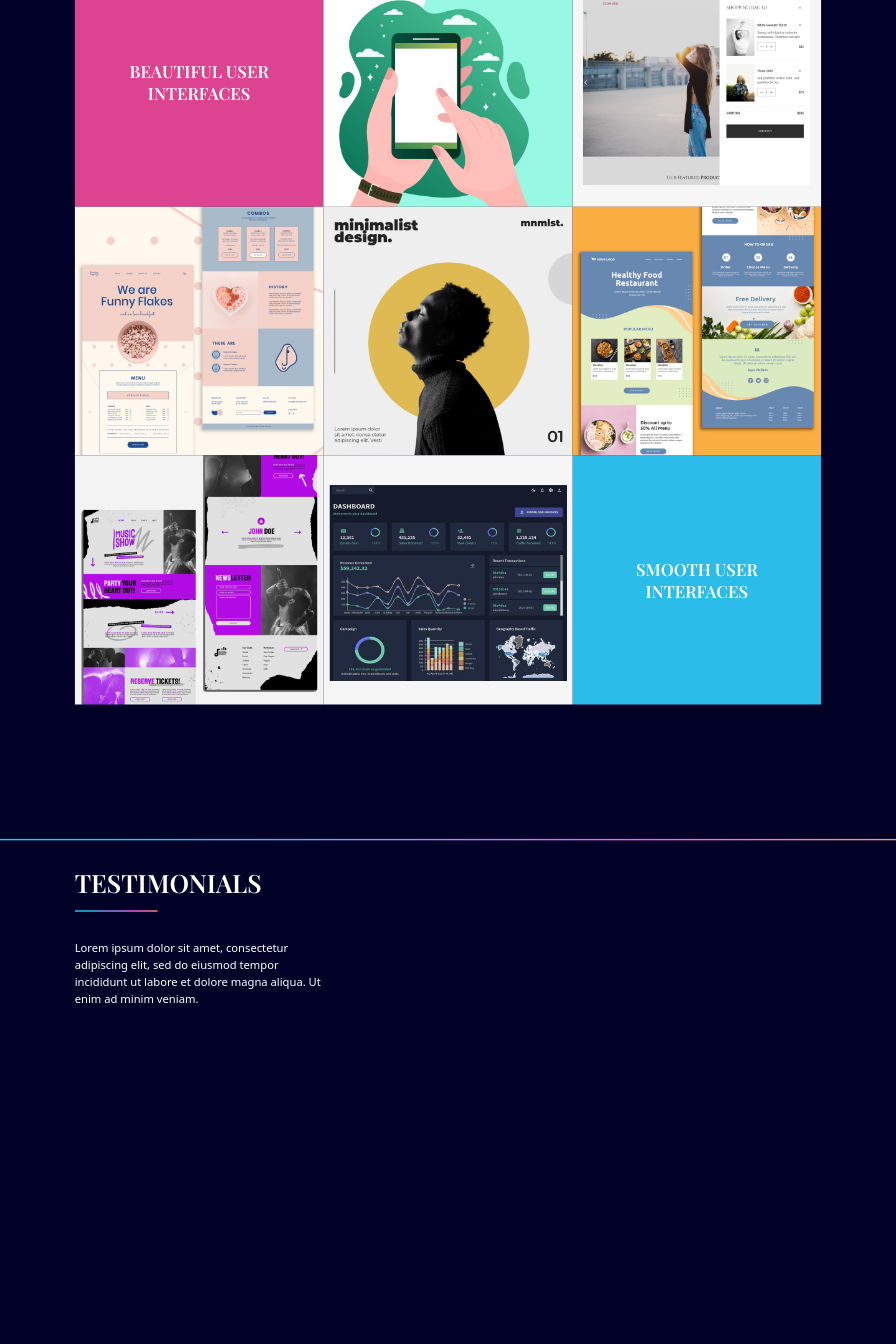
Repository: thibaultNicolas/portfolio-react
Page: /
An editor plug-in stored every save of this project. The page is shown before and after a run of saves, followed by the edit.
The browser window is 1280 px wide. The pictures show the part of the page from y = 2039 to 3959 px (the page is 3959 px tall), at 70% of full size.
The project was rebuilt for these pictures with package versions that can differ from the ones it lists, and the page was loaded fresh each time. Also part of the build but not shown: next.config.ts.

Above is the page before, as saved 2023-01-08 11:58:23.

### public/index.html
<!DOCTYPE html>
<html lang="en">

<head>
  <meta charset="utf-8" />
  <link rel="icon" href="%PUBLIC_URL%/favicon.ico" />
  <meta name="viewport" content="width=device-width, initial-scale=1" />
  <meta name="theme-color" content="#000000" />
  <meta name="description" content="Web site created using create-react-app" />
  <link rel="apple-touch-icon" href="%PUBLIC_URL%/logo192.png" />
  <!--
      manifest.json provides metadata used when your web app is installed on a
      user's mobile device or desktop. See https://developers.google.com/web/fundamentals/web-app-manifest/
    -->
  <link rel="manifest" href="%PUBLIC_URL%/manifest.json" />
  <!--
      Notice the use of %PUBLIC_URL% in the tags above.
      It will be replaced with the URL of the `public` folder during the build.
      Only files inside the `public` folder can be referenced from the HTML.

      Unlike "/favicon.ico" or "favicon.ico", "%PUBLIC_URL%/favicon.ico" will
      work correctly both with client-side routing and a non-root public URL.
      Learn how to configure a non-root public URL by running `npm run build`.
    -->
  <title>React App</title>
  <link href="/public/output.css" rel="stylesheet">
</head>

<body>
  <noscript>You need to enable JavaScript to run this app.</noscript>
  <div id="root"></div>
  <!--
      This HTML file is a template.
      If you open it directly in the browser, you will see an empty page.

      You can add webfonts, meta tags, or analytics to this file.
      The build step will place the bundled scripts into the <body> tag.

      To begin the development, run `npm start` or `yarn start`.
      To create a production bundle, use `npm run build` or `yarn build`.
    -->
</body>

</html>

### src/index.css
@import url('https://fonts.googleapis.com/css2?family=Open+Sans:wght@400;600&family=Playfair+Display:wght@400;600&display=swap');

@tailwind base;
@tailwind components;
@tailwind utilities;

html,
body,
#root,
.app{
    height: 100%;
    background-color: #010026;
    @apply text-white;
}

### src/scenes/Navbar.jsx
import { useState } from 'react';
import AnchorLink from 'react-anchor-link-smooth-scroll';
import useMediaQuery from '../hooks/useMediaQuery';

const Link = ({ page, selectedPage, setSelectedPage }) => {
    const lowerCasePage = page.toLowerCase();
    return (
        <AnchorLink
            className={`${selectedPage === lowerCasePage ? 'text-yellow' : ''}
            hover:text-yellow transition duration-500`}
            href={`#${lowerCasePage}`}
            onClick={() => setSelectedPage(lowerCasePage)}
        >
            {page}
        </AnchorLink>
    );
};

const Navbar = ({ isTopOfPage, selectedPage, setSelectedPage }) => {
    const [isMenuToggled, setIsMenuToggled] = useState(false);
    const isAboveSmallScreens = useMediaQuery('(min-width:768px)');
    const navbarBackground = isTopOfPage ? "" : "bg-red";

    return (
        <nav className={`${navbarBackground} z-40 w-full fixed top-0 py-6`}>
            <div className="flex items-center justify-between mx-auto w-5/6">
                <h4 className="font-playfair text-3xl font-bold">NT</h4>

                {/* DESKTOP NAV */}
                {isAboveSmallScreens ? (
                    <div className="flex justify-between gap-16 font-openSans txt-sm font-semibold">
                        <Link
                            page="Home"
                            selectedPage={selectedPage}
                            setSelectedPage={setSelectedPage}
                        />
                        <Link
                            page="Skills"
                            selectedPage={selectedPage}
                            setSelectedPage={setSelectedPage}
                        />
                        <Link
                            page="Projects"
                            selectedPage={selectedPage}
                            setSelectedPage={setSelectedPage}
                        />
                        <Link
                            page="Testimonials"
                            selectedPage={selectedPage}
                            setSelectedPage={setSelectedPage}
                        />
                        <Link
                            page="Contact"
                            selectedPage={selectedPage}
                            setSelectedPage={setSelectedPage}
                        />
                    </div>
                ) : (
                    <button
                        className="rounded-full bg-red p-2"
                        onClick={() => setIsMenuToggled(!isMenuToggled)}
                    >
                        <img src="../assets/menu-icon.svg" alt="menu-icon" />
                    </button>
                )}

                {/* MOBILE MENU POPUP */}
                {!isAboveSmallScreens && isMenuToggled && (
                    <div className="fixed right-0 bottom-0 h-full bg-blue w-[300px]">
                        {/* CLOSE ICON */}
                        <div className="flex justify-end p-12">
                            <button
                                onClick={() => setIsMenuToggled(!isMenuToggled)}
                            >
                                <img
                                    src="../assets/close-icon.svg"
                                    alt="close-icon"
                                />
                            </button>
                        </div>
                        {/* MENU ITEMS */}
                        <div className="flex flex-col gap-10 ml-[33%] text-2xl text-deep-blue">
                            <Link
                                page="Home"
                                selectedPage={selectedPage}
                                setSelectedPage={setSelectedPage}
                            />
                            <Link
                                page="Skills"
                                selectedPage={selectedPage}
                                setSelectedPage={setSelectedPage}
                            />
                            <Link
                                page="Projects"
                                selectedPage={selectedPage}
                                setSelectedPage={setSelectedPage}
                            />
                            <Link
                                page="Testimonials"
                                selectedPage={selectedPage}
                                setSelectedPage={setSelectedPage}
                            />
                            <Link
                                page="Contact"
                                selectedPage={selectedPage}
                                setSelectedPage={setSelectedPage}
                            />
                        </div>
                    </div>
                )}
            </div>
        </nav>
    );
};

export default Navbar;

### src/scenes/DotGroup.jsx
import AnchorLink from 'react-anchor-link-smooth-scroll';
const DotGroup = ({ selectedPage, setSelectedPage }) => {
    const selectedStyles = `relative bg-yellow before:absolute before:w-6 before:h-6
    before:rounded-full before:border-2 before:border-yellow before:left-[-50%]
    before:top-[-50%]`;
    return (
        <div className="flex flex-col gap-6 fixed top-[60%] right-7">
            <AnchorLink
                className={`${selectedPage === 'home' ? selectedStyles : 'bg-dark-grey'}
            w-3 h-3 rounded-full`}
                href="#home"
                onClick={() => setSelectedPage('home')}
            />
            <AnchorLink
                className={`${selectedPage === 'skills' ? selectedStyles : 'bg-dark-grey'}
            w-3 h-3 rounded-full`}
                href="#skills"
                onClick={() => setSelectedPage('skills')}
            />
            <AnchorLink
                className={`${selectedPage === 'projects' ? selectedStyles : 'bg-dark-grey'}
            w-3 h-3 rounded-full`}
                href="#projects"
                onClick={() => setSelectedPage('projects')}
            />
            <AnchorLink
                className={`${selectedPage === 'testimonials' ? selectedStyles : 'bg-dark-grey'}
            w-3 h-3 rounded-full`}
                href="#testimonials"
                onClick={() => setSelectedPage('testimonials')}
            />
            <AnchorLink
                className={`${selectedPage === 'contact' ? selectedStyles : 'bg-dark-grey'}
            w-3 h-3 rounded-full`}
                href="#contact"
                onClick={() => setSelectedPage('contact')}
            />
        </div>
    );
};
export default DotGroup;

### src/scenes/Landing.jsx
import SocialMediaIcons from '../components/SocialMediaIcons';
import useMediaQuery from '../hooks/useMediaQuery';
import { motion } from 'framer-motion';
import AnchorLink from 'react-anchor-link-smooth-scroll';

const Landing = ({ setSelectedPage }) => {
    const isAboveMediumScreens = useMediaQuery('(min-width:1060px)');

    return (
        <section
            id="home"
            className="md:flex md:justify-between md:items-center md:h-full gap-16 py-10"
        >
            {/* IMAGE SECTION */}
            <div className="md:order-2 flex justify-center basis-3/5 z-10 mt-16 md:mt-32">
                {isAboveMediumScreens ? (
                    <div className="relative z-0 ml-20 before:absolute before:-top-20 before:-left-20 before:rounded-t-[400px] before:w-full before:max-w-[400px] before:h-full before:border-2 before:border-blue before:z-[-1]">
                        <img
                            src="assets/profile-image.png"
                            alt="profile"
                            className="hover:filter hover:saturate-200 transition duration-500 z-10 w-full max-w-[400px] md:max-w-[600px]"
                        />
                    </div>
                ) : (
                    <img
                        src="assets/profile-image.png"
                        alt="profile"
                        className="hover:filter hover:saturate-200 transition duration-500 z-10 w-full max-w-[400px] md:max-w-[600px]"
                    />
                )}
            </div>

            {/* MAIN SECTION */}
            <div className="z-30 basis-2/5 mt-12 md:mt-32">
                {/* HEADING SECTION */}
                <motion.div
                    initial="hidden"
                    whileInView="visible"
                    viewport={{ once: true, amount: 0.5 }}
                    transition={{ duration: 0.5 }}
                    variants={{
                        hidden: { opacity: 0, x: -50 },
                        visible: { opacity: 1, x: 0 },
                    }}
                >
                    <p className="text-6xl font-playfair z-10 text-center md:text-start">
                        Nicolas {''}
                        <span
                            className="xs:relative xs:text-deep-blue xs:font-semibold z-20
                        xs:before:content-brush before:absolute before:-left-[25px] before:-top-[70px] before:z-[-1]
                        "
                        >
                            Thibault
                        </span>
                    </p>
                    <p className="mt-10 mb-7 text-sm text-center md:text-start">
                        Lorem ipsum dolor sit amet, consectetur adipiscing elit,
                        sed do eiusmod tempor incididunt ut labore et dolore
                        magna aliqua. Ut enim ad minim veniam.
                    </p>
                </motion.div>

                {/* CALL TO ACTION */}
                <motion.div
                    className="flex mt-5 justify-center md:justify-start"
                    initial="hidden"
                    whileInView="visible"
                    viewport={{ once: true, amount: 0.5 }}
                    transition={{ delay: 0.2, duration: 0.5 }}
                    variants={{
                        hidden: { opacity: 0, x: -50 },
                        visible: { opacity: 1, x: 0 },
                    }}
                >
                    <AnchorLink
                        className="bg-gradient-rainblue txt-deep-blue rounded-sm py-3 px-7 font-semibold hover:bg-blue hover:text-white transition duration-500"
                        onClick={() => setSelectedPage('contact')}
                        href="#contact"
                    >
                        Contact Me
                    </AnchorLink>

                    <AnchorLink
                        className="rounded-r-sm bg-gradient-rainblue py-0.5 pr-0.5"
                        onClick={() => setSelectedPage('contact')}
                        href="#contact"
                    >
                        <div className="bg-deep-blue hover:text-red transition duration-500 w-full h-full flex items-center justify-center font-playfair px-10">
                            Let's talk.
                        </div>
                    </AnchorLink>
                </motion.div>

                <motion.div
                    className="flex mt-5 justify-center md:justify-start"
                    initial="hidden"
                    whileInView="visible"
                    viewport={{ once: true, amount: 0.5 }}
                    transition={{ delay: 0.4, duration: 0.5 }}
                    variants={{
                        hidden: { opacity: 0, x: -50 },
                        visible: { opacity: 1, x: 0 },
                    }}
                >
                    <SocialMediaIcons />
                </motion.div>
            </div>
        </section>
    );
};
export default Landing;

### src/scenes/Projects.jsx
import LineGradient from '../components/LineGradient';
import useMediaQuery from '../hooks/useMediaQuery';
import { motion } from 'framer-motion';

const container = {
    hidden: {},
    visible: {
        transition: { staggerChildren: 0.2 },
    },
};

const projectVariant = {
    hidden: { opacity: 0, scale: 0.8 },
    visible: { opacity: 1, scale: 1 },
};

const Project = ({ title }) => {
    const projectTitle = title.split(' ').join('-').toLowerCase();
    const overlayStyles = `absolute h-full w-full opacity-0 hover:opacity-90 transition duration-500 bg-grey z-30 flex flex-col justify-center items-center text-center p-16 text-deep-blue`;

    return (
        <motion.div variants={projectVariant} className="relative">
            <div className={overlayStyles}>
                <p className="text-2xl font-playfair">{title}</p>
                <p className="mt-7">
                    Lorem ipsum dolor sit amet, consectetur adipiscing elit, sed
                    do eiusmod tempor incididunt ut labore et dolore magna
                    aliqua. Ut enim ad minim veniam.
                </p>
            </div>
            <img src={`../assets/${projectTitle}.jpeg`} alt={projectTitle} />
        </motion.div>
    );
};

const Projects = () => {
    const isAboveMediumScreens = useMediaQuery('(min-width:1060px)');

    return (
        <section id="projects" className="pt-48 pb-48">
            {/* HEADINGS */}
            <div className="md:flex md:justify-between md:gap-16 mt-32">
                <motion.div
                    className="md:w-2/5 mx-auto text-center"
                    initial="hidden"
                    whileInView="visible"
                    viewport={{ once: true, amount: 0.5 }}
                    transition={{ duration: 0.5 }}
                    variants={{
                        hidden: { opacity: 0, x: -50 },
                        visible: { opacity: 1, x: 0 },
                    }}
                >
                    <div>
                        <p className="font-playfair font-semibold text-4xl">
                            MY <span className="text-red">PRO</span>JECTS
                        </p>
                        <div className="flex justify-center mt-5">
                            <LineGradient width="w-1/3" />
                        </div>
                    </div>

                    <p className="mt-10 mb-10">
                        Lorem ipsum dolor sit amet, consectetur adipiscing elit,
                        sed do eiusmod tempor incididunt ut labore et dolore
                        magna aliqua. Ut enim ad minim veniam.
                    </p>
                </motion.div>
            </div>
            {/* PROJECTS */}
            <div className="flex justify-center">
                <motion.div
                    className="sm:grid sm:grid-cols-2 md:grid-cols-3"
                    initial="hidden"
                    whileInView="visible"
                    viewport={{ once: true, amount: 0.5 }}
                    variants={container}
                >
                    {/* ROW 1 */}
                    <div className="flex justify-center text-center items-center p-10 bg-red max-w-[400px] max-h-[400px] text-2xl font-playfair font-semibold">
                        BEAUTIFUL USER INTERFACES
                    </div>

                    <Project title="Project 1" />
                    <Project title="Project 2" />

                    {/* ROW 2 */}
                    <Project title="Project 3" />
                    <Project title="Project 4" />
                    <Project title="Project 5" />

                    {/* ROW 3 */}
                    <Project title="Project 6" />
                    <Project title="Project 7" />

                    <div className="flex justify-center text-center items-center p-10 bg-blue max-w-[400px] max-h-[400px] text-2xl font-playfair font-semibold">
                        SMOOTH USER INTERFACES
                    </div>
                </motion.div>
            </div>
        </section>
    );
};
export default Projects;

### src/scenes/Testimonials.jsx
import LineGradient from '../components/LineGradient';
import useMediaQuery from '../hooks/useMediaQuery';
import { motion } from 'framer-motion';

const Testimonials = () => {
    const testimonialsStyles = `mx-auto relative max-w-[400px] h-[350px] flex flex-col justify-end pt-16 ,t-48 before:absolute before:top-[-120px] before:-ml-[110px] before:left-1/2`;

    return (
        <section id="testimonials" className="pt-10 pb-24">
            {/* HEADING */}

                <motion.div
                    className="md:w-1/3 text-center md:text-left"
                    initial="hidden"
                    whileInView="visible"
                    viewport={{ once: true, amount: 0.5 }}
                    transition={{ duration: 0.5 }}
                    variants={{
                        hidden: { opacity: 0, x: -50 },
                        visible: { opacity: 1, x: 0 },
                    }}
                >
                    <p className="font-playfair font-semibold text-4xl mb-5">
                        TESTIMONIALS
                    </p>
                    <LineGradient width="w-1/3" />
                    <p className="mt-10 mb-7">
                        Lorem ipsum dolor sit amet, consectetur adipiscing elit,
                        sed do eiusmod tempor incididunt ut labore et dolore
                        magna aliqua. Ut enim ad minim veniam.
                    </p>

                </motion.div>
        </section>
    );
};
export default Testimonials;

### src/components/LineGradient.jsx
const LineGradient = ({ width = 'w-full' }) => {
    return (
        <div className={`h-0.5 ${width} bg-gradient-rainblue`}>

        </div>
    )
};

export default LineGradient;

### src/hooks/useMediaQuery.jsx
import { useState, useEffect } from 'react';

const useMediaQuery = (query) => {
    const [matches, setMatches] = useState(false);

    useEffect(() => {
        const media = window.matchMedia(query);
        if (media.matches !== matches) {
            setMatches(media.matches);
        }
        const listener = () => setMatches(media.matches);
        window.addEventListener('resize', listener);
        return () => window.removeEventListener('resize', listener);
    }, [matches, query]);

    return matches;
};

export default useMediaQuery;

### src/components/SocialMediaIcons.jsx

const SocialMediaIcons = () =>{
    return (
        <div className="flex justify-center md:justify-start my-10 gap-7">
            <a
            className="hover:opacity-50 transition duration-500"
            href="https://www.linkedin.com/in/nicolas-thibault-6652b9194/"
            target="_blank"
            rel="noreferrer">
                <img src="../assets/linkedin.png" alt="linkedin-link" />
            </a>
            <a
            className="hover:opacity-50 transition duration-500"
            href="https://www.facebook.com/nicolas.thibault3/"
            target="_blank"
            rel="noreferrer">
                <img src="../assets/facebook.png" alt="facebook-link" />
            </a>
            <a
            className="hover:opacity-50 transition duration-500"
            href="https://www.instagram.com/nicolasthibault_/"
            target="_blank"
            rel="noreferrer">
                <img src="../assets/instagram.png" alt="instagram-link" />
            </a>
        </div>
    )
}
export default SocialMediaIcons;

Loaded but not shown: src/index.js (common file); src/App.js (53 lines, source omitted); tailwind.config.js (41 lines, source omitted); public/output.css (740 lines, source omitted); src/scenes/MySkills.jsx (144 lines, source omitted)

After the next 2 saves:
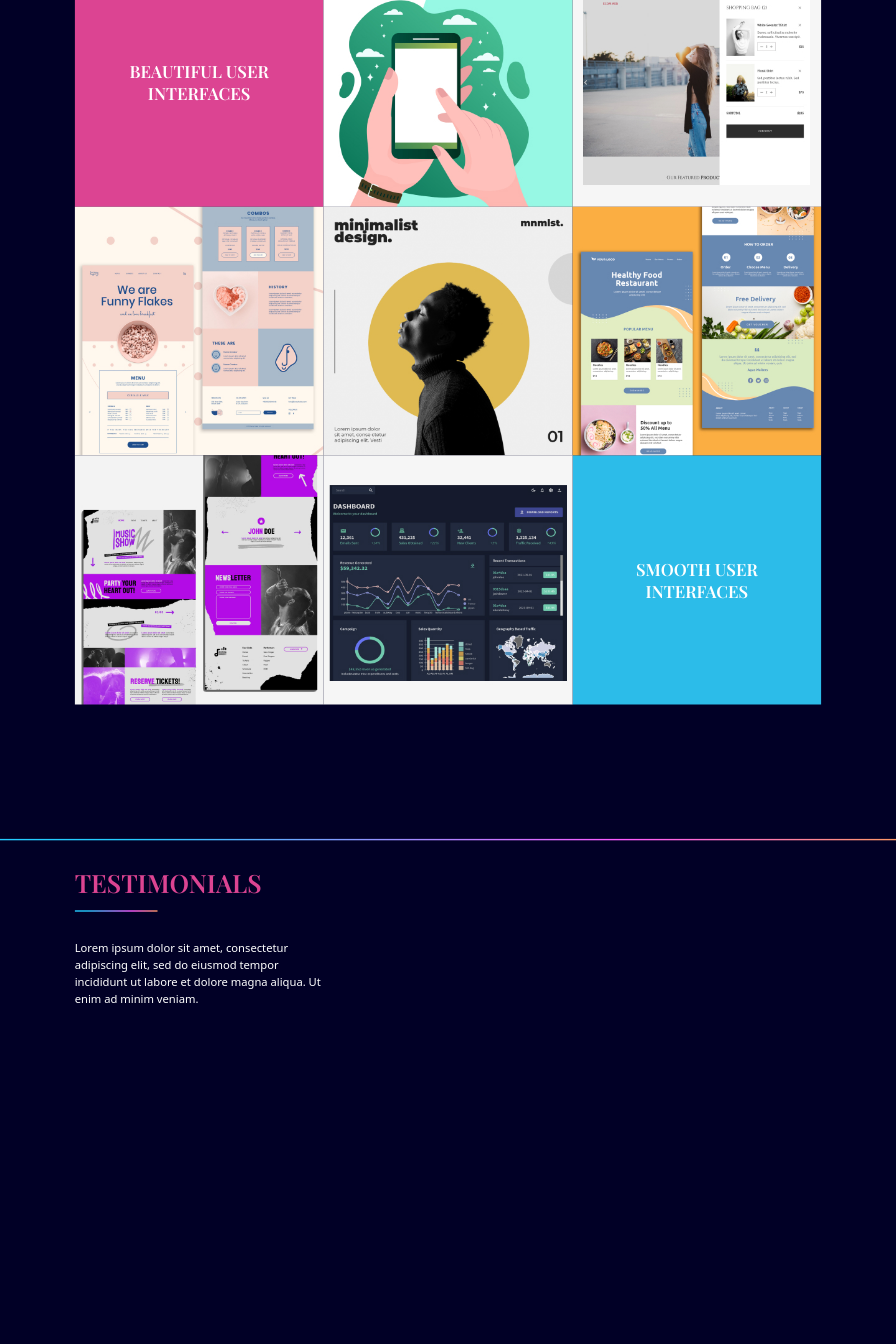
The 2 saves are shown as one change because they came seconds apart.
The last was saved 7 s later.
--- a/src/scenes/Testimonials.jsx
+++ b/src/scenes/Testimonials.jsx
@@ -20,7 +20,7 @@ const Testimonials = () => {
                         visible: { opacity: 1, x: 0 },
                     }}
                 >
-                    <p className="font-playfair font-semibold text-4xl mb-5">
+                    <p className="font-playfair font-semibold text-4xl mb-5 text-red">
                         TESTIMONIALS
                     </p>
                     <LineGradient width="w-1/3" />
